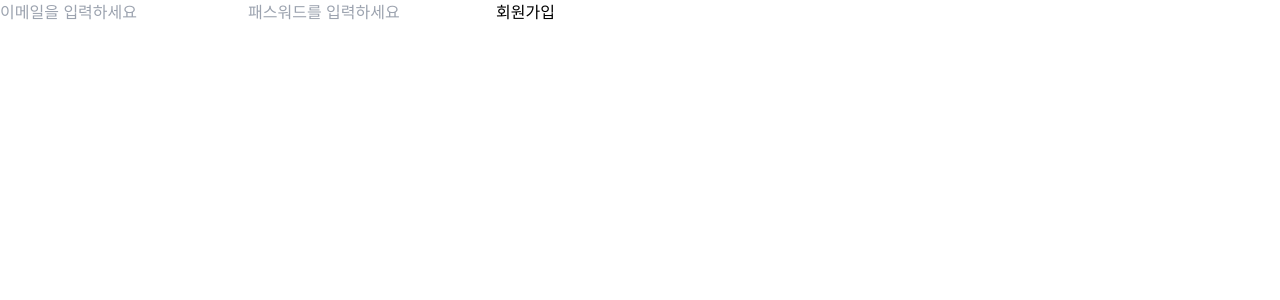
Repository: Hwang-uihyuk/wanted-pre-onboarding-frontend
Page: /signin
The author's editor kept a copy of each file at every save. The page is drawn from the files as they stood at one save, then again after the next save.
The browser window is 1280 px wide. The pictures show the whole page.
The project was rebuilt for these pictures with package versions that can differ from the ones it lists, and the page was loaded fresh each time. Also part of the build but not shown: src/App.css, src/pages/Home.jsx, src/pages/SignUp.jsx, src/pages/NotFound.jsx, src/pages/Todo.jsx.

Above is the page before, as saved 2023-02-07 09:57:20.

### src/index.js
import React from 'react';
import ReactDOM from 'react-dom/client';
import './index.css';
import App from './App';
import reportWebVitals from './reportWebVitals';
import { createBrowserRouter,RouterProvider } from 'react-router-dom';
import Home from './pages/Home';
import SignIn from './pages/SignIn';
import SignUp from './pages/SignUp';
import NotFound from './pages/NotFound';
import Todo from './pages/Todo';



const router = createBrowserRouter([
  {
    path:'/',
    element:<App/>,
    errorElement:<NotFound/>,
    children:[
      {
        index:true,
        path:'/',
        element :<Home/>
      },

      {
        path:'/signup',
        element:<SignUp/>
      },

      {
        path:'/signin',
        element:<SignIn/>
      },

      {
        path:'/todo',
        element:<Todo/>
      },


    ]
  }
])
const root = ReactDOM.createRoot(document.getElementById('root'));
root.render(
  <React.StrictMode>
    <RouterProvider router ={router} />
  </React.StrictMode>
);

// If you want to start measuring performance in your app, pass a function
// to log results (for example: reportWebVitals(console.log))
// or send to an analytics endpoint. Learn more: https://bit.ly/CRA-vitals
reportWebVitals();

### src/App.js
import logo from './logo.svg';
import './App.css';
import SignIn from './pages/SignIn';
import { Outlet } from 'react-router';

function App() {
  return (
    <div>
      <Outlet/>
    </div>

  );
}

export default App;

### src/pages/SignIn.jsx
import React from 'react'

export default function SignIn() {
  return (
    <div className=''>
        <form>
            <input
             data-testid="email-input"
             placeholder='이메일을 입력하세요' />
            <input
             data-testid="password-input"
             placeholder='패스워드를 입력하세요'
             />
            <button data-testid="signup-button">회원가입</button>
        </form>
    </div>
  )
}

Loaded but not shown: public/index.html (common file); src/index.css (common file); src/reportWebVitals.js (common file); tailwind.config.js (common file)

After the next save:
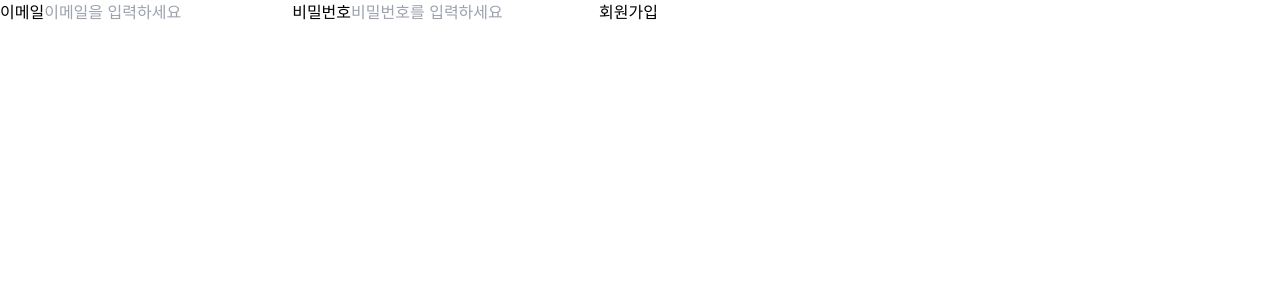
Saved 84 s later.
--- a/src/pages/SignIn.jsx
+++ b/src/pages/SignIn.jsx
@@ -4,12 +4,15 @@ export default function SignIn() {
   return (
     <div className=''>
         <form>
+            <label>이메일</label>
             <input
              data-testid="email-input"
              placeholder='이메일을 입력하세요' />
+
+             <label>비밀번호</label>
             <input
              data-testid="password-input"
-             placeholder='패스워드를 입력하세요'
+             placeholder='비밀번호를 입력하세요'
              />
             <button data-testid="signup-button">회원가입</button>
         </form>
